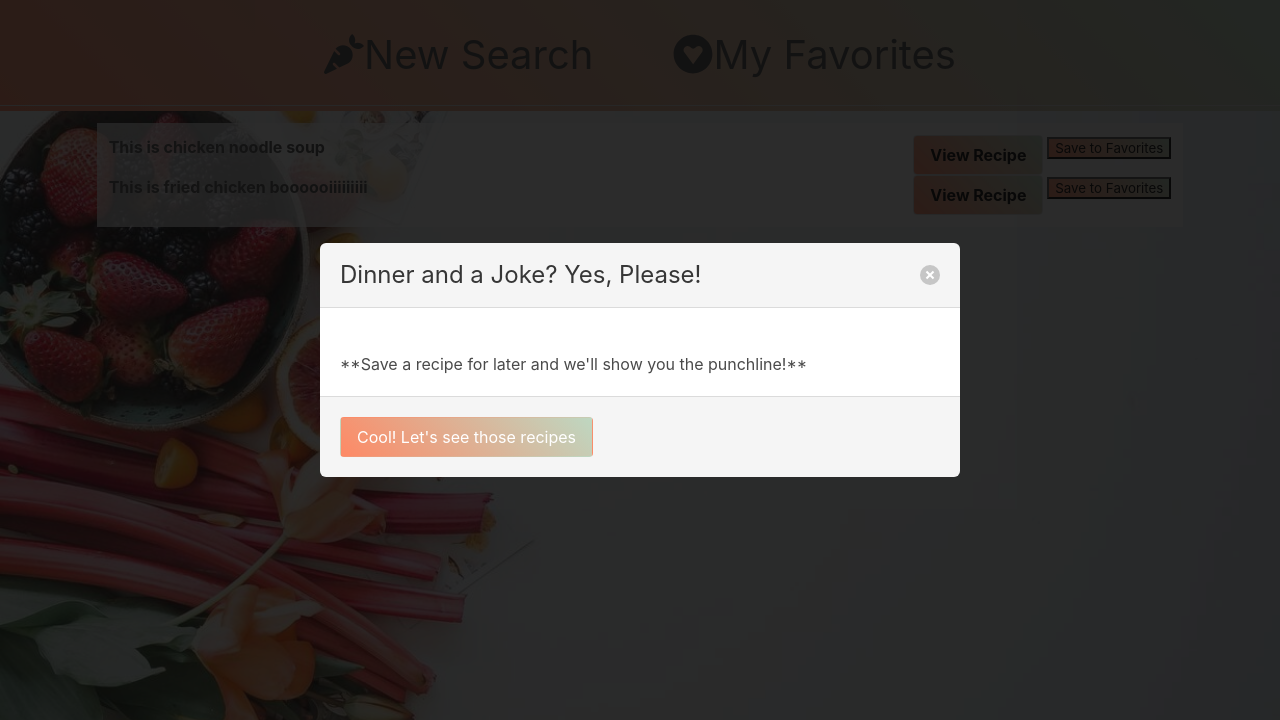
Repository: puakehaulani/the-hungry-app-proj1
Page: results.html
These files come from the project's save history. The page is drawn as it stood at one moment and after the next save; the edit follows.
The browser window is 1280 px wide. The pictures show the window.
The page's requests for data from a server got no answer. A layer covers the whole window, so only the first screen is drawn. Some web libraries are served in a nearby version.

Above is the page before, as saved 2020-10-17 13:00:20.

After the next save:
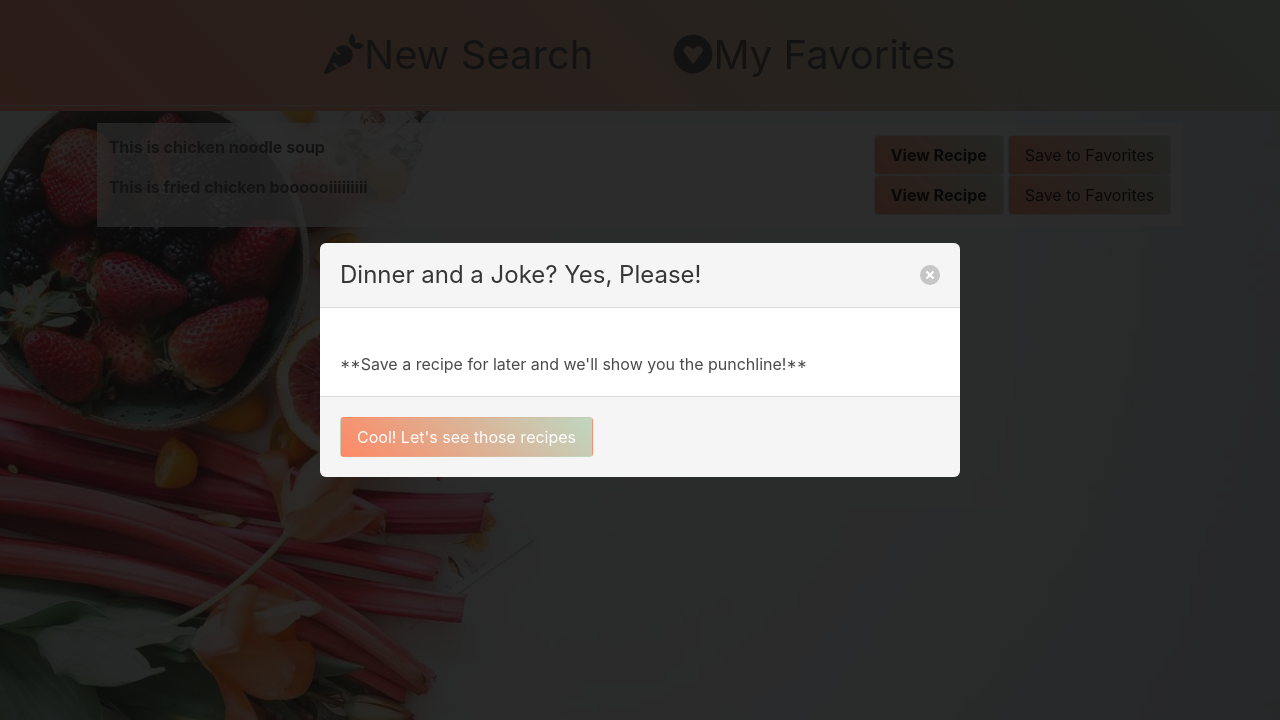
Saved 46 s later.
--- a/results.html
+++ b/results.html
@@ -39,16 +39,14 @@
                     This is chicken noodle soup
                     <div>
                     <a href="" class="button is-inverted is-outlined">View Recipe</a>
-                    <button class="saveBtn is-inverted is-outlined">Save to Favorites</button>
+                    <button class="button saveBtn is-inverted is-outlined">Save to Favorites</button>
                     </div>
                 </li>
                 <li>
-                    <p>
                     This is fried chicken boooooiiiiiiiii
-                    </p>
-                    <div>
+                <div>
                         <a href="" class="button is-inverted is-outlined">View Recipe</a>
-                        <button class="saveBtn is-inverted is-outlined">Save to Favorites</button>
+                        <button class="button saveBtn is-inverted is-outlined">Save to Favorites</button>
                     </div>
                 </li>
             </ul>
